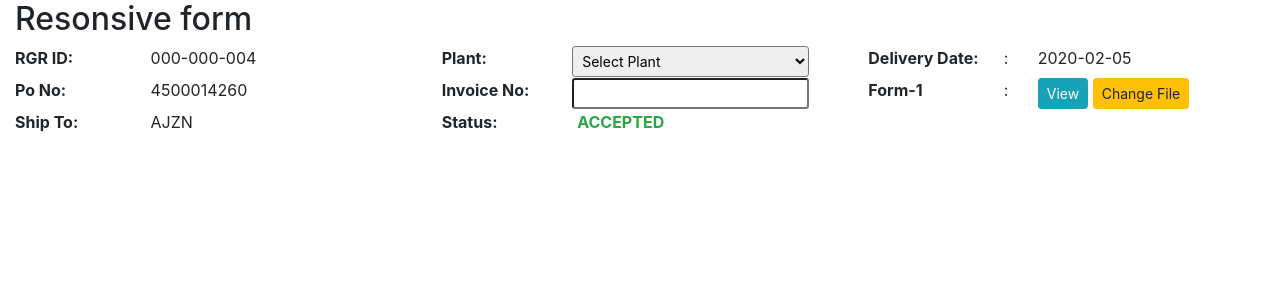
Repository: karthikairasu/Others_work
Page: form.html
The author's editor kept a copy of each file at every save. The page is drawn from the files as they stood at one save, then again after the next save.
The browser window is 1280 px wide. The pictures show the whole page.

Above is the page before, as saved 2020-06-28 17:18:39.

After the next save:
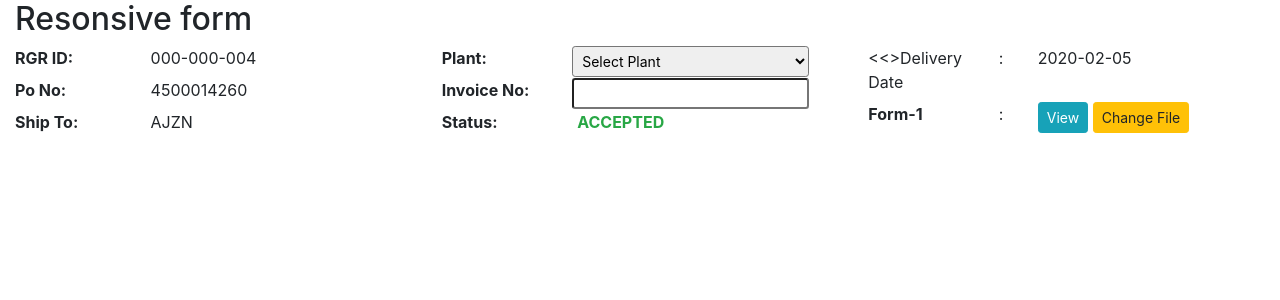
Saved 66 s later.
--- a/form.html
+++ b/form.html
@@ -68,13 +68,13 @@
           </div>
           <div class="col-md-4">
             <div class="form-row">
-              <label class="col-md-4"><b>Delivery Date:</b></label>
-              <label class="col-md-1">:</label>
+              <label class="col-md-4"><<>Delivery Date</b></label>
+              <label class="col-md-1 px-0">:</label>
               <label class="col-md-7" id="Delivery Date">2020-02-05 </label>
             </div>
             <div class="form-row">
               <label class="col-md-4"><b>Form-1</b></label>
-              <label class="col-md-1">:</label>
+              <label class="col-md-1 px-0">:</label>
               <label class="col-md-7" id="form_1">
                 <button class="btn btn-info btn-sm">View</button>
                 <button class="btn btn-warning btn-sm">Change File</button>
